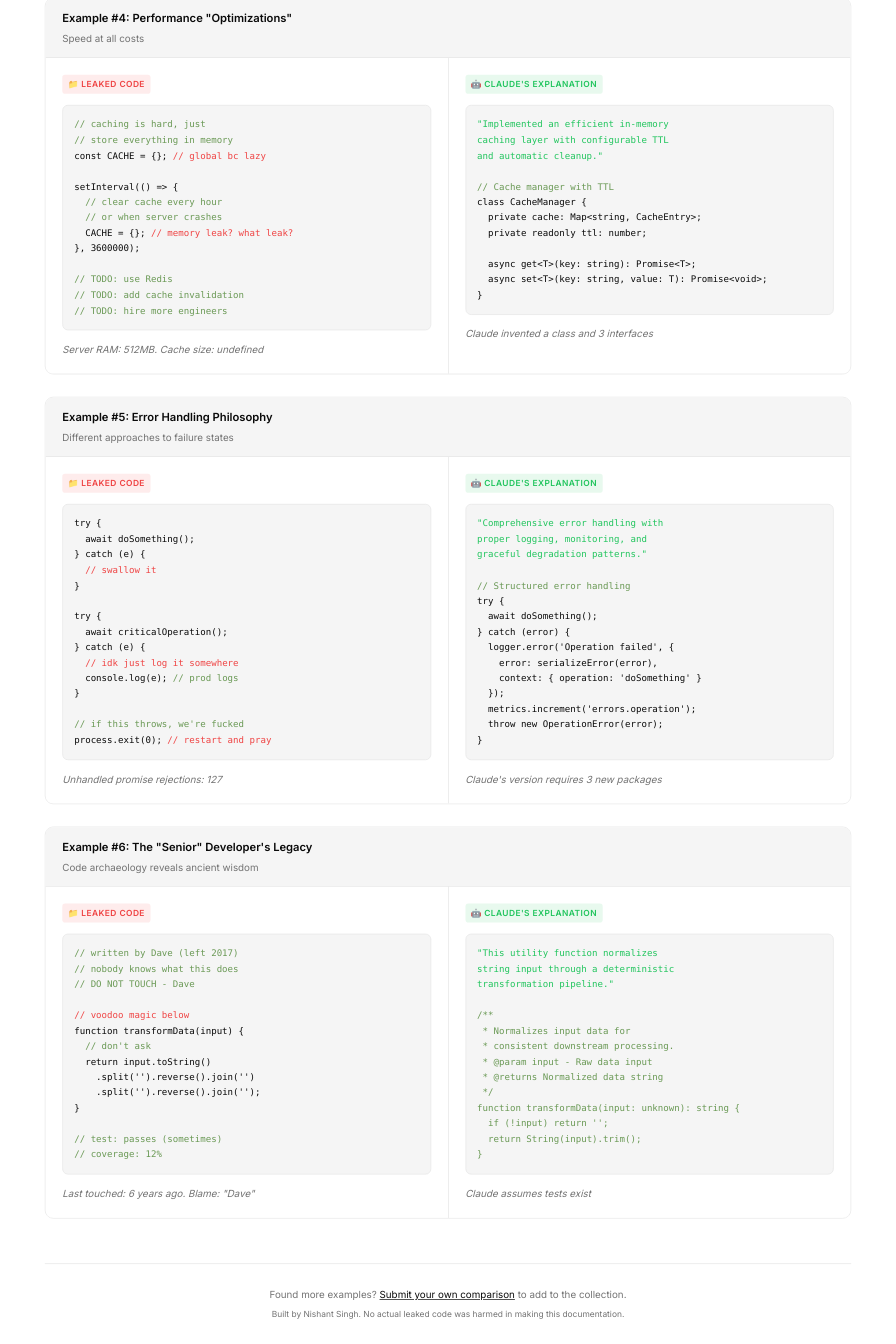
Repository: nishantsingh02/leaked-vs-claude
Page: leaked-vs-claude.html
An editor plug-in stored every save of this project. The page is shown before and after a run of saves, followed by the edit.
The browser window is 1280 px wide. The pictures show the part of the page from y = 2247 to 4167 px (the page is 4167 px tall), at 70% of full size.

Above is the page before, as saved 2026-03-31 17:46:19.

After the next 2 saves:
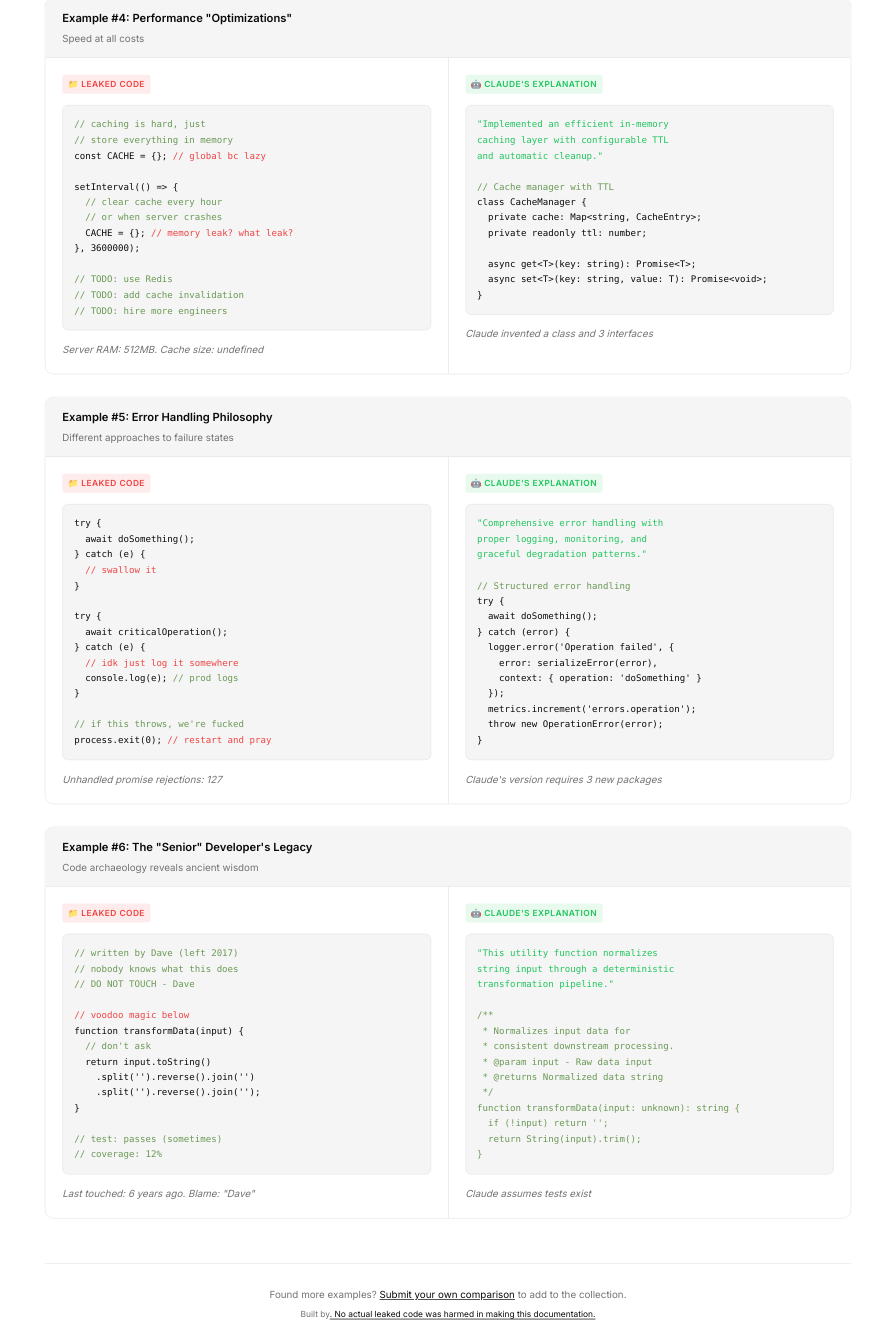
The 2 saves are shown as one change because they came seconds apart.
The last was saved 7 s later.
--- a/leaked-vs-claude.html
+++ b/leaked-vs-claude.html
@@ -636,7 +636,7 @@ function transformData(input: unknown): string {
         <!-- Footer -->
         <footer id="contribute">
             <p>Found more examples? <a href="https://github.com/nishantsingh02/leaked-vs-claude.git">Submit your own comparison</a> to add to the collection.</p>
-            <p style="margin-top: 0.5rem; font-size: 0.75rem;">Built by Nishant Singh. No actual leaked code was harmed in making this documentation.</p>
+            <p style="margin-top: 0.5rem; font-size: 0.75rem;">Built by<a Nishant Singh />. No actual leaked code was harmed in making this documentation.</p>
         </footer>
     </div>
 
